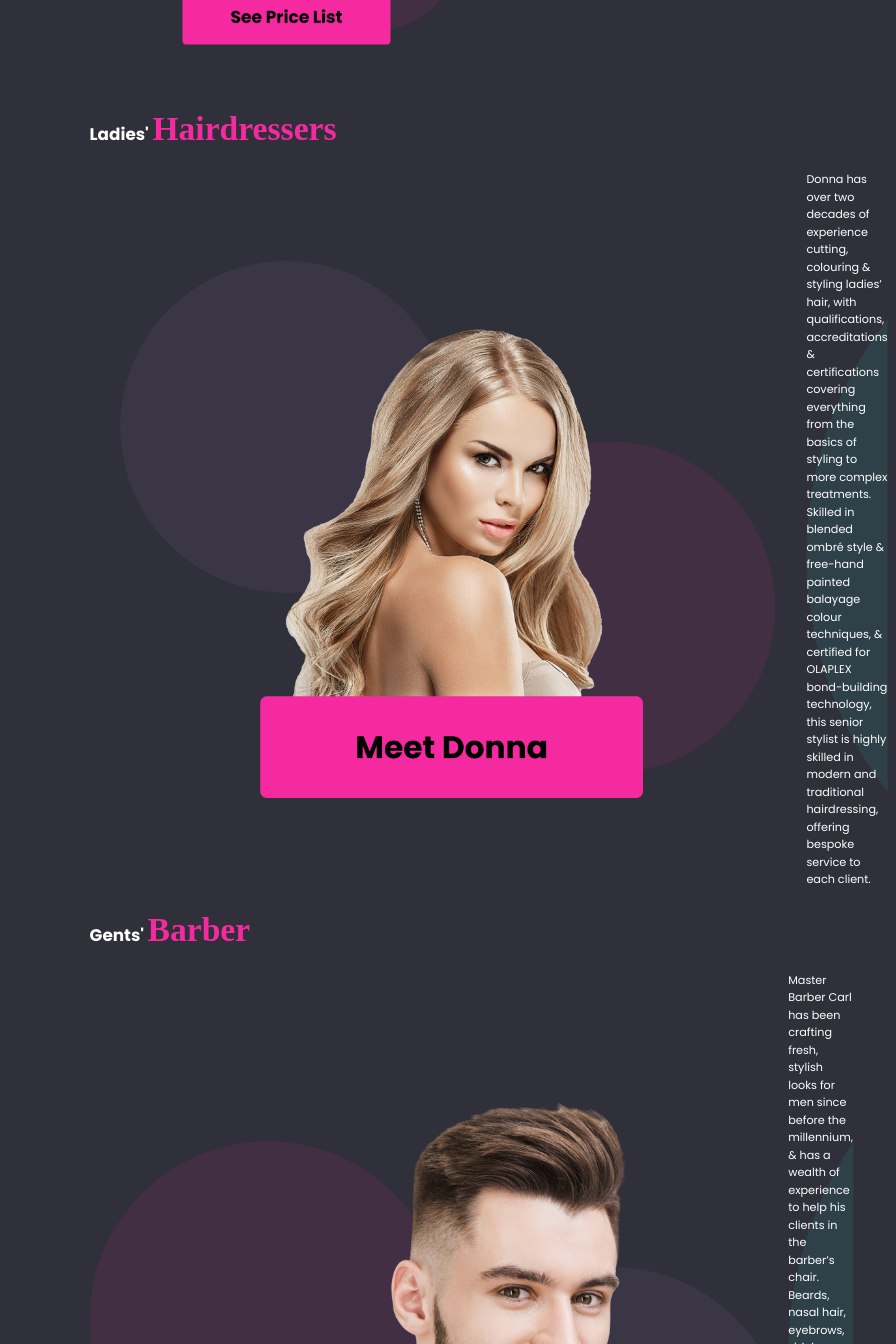
Repository: Troy-Bolt/verustroy-
Page: index.html
The author's editor kept a copy of each file at every save. The page is drawn from the files as they stood at one save, then again after the next save.
The browser window is 1280 px wide. The pictures show the part of the page from y = 1208 to 3128 px (the page is 11072 px tall before and 10579 px after), at 70% of full size.
Backgrounds fixed to the window are drawn as part of the page. Some web fonts or font styles are not loaded; a fallback is used.

Above is the page before, as saved 2022-04-27 09:06:39.

### index.html
<!DOCTYPE html>
<html lang="en">

<head>
    <meta charset="UTF-8">
    <meta http-equiv="X-UA-Compatible" content="IE=edge">
    <meta name="viewport" content="width=device-width, initial-scale=1.0">
    <title>Verus Amor</title>
    <link rel="stylesheet" href="/CSS/style.css">
    <script defer src="navbar.js"></script>
    <link href="https://fonts.googleapis.com/icon?family=Material+Icons" rel="stylesheet">
</head>

<body>
    <header>
        <h1 class="logo"><a class="current" href="/index.html" class="homepage-link">Verus Amor Barbers & Salon</a></h1>
        <input type="checkbox" name="" id="nav-toggle" class="nav-toggle">
        <nav>
            <ul class="size">
                <li><a href="/treatments.html">Treatments & Prices</a></li>
                <li><a href="/team.html">Team & Salon</a></li>
                <li><a href="/contact.html">Contact Us</a></li>
            </ul>
        </nav>
        <label for="nav-toggle" class="nav-toggle-label">
            <span></span>
        </label>
    </header>
    <div class="container">
        <h1 id="top-space">More than just <span>Hair</span></h1>

        <div class="row">

           <a class="colb" href=""><img src="img/AboutUs.png" alt="" class="col"></a>
            <p class="test text col">Verus Amor translates to True Love, something we show everyday in our work. Every
                cut,
                every colour, every shave is done with the utmost love, care and attention to detail. We love what we
                do,
                and nothing makes us happier than seeing our clients walk out of our salon looking their best - proudly
                showing off their new hair style along with a beaming smile. This makes us proud. So if you need a trim
                or
                fancy a new look, come and let us take care of you.</p>
        </div>

        <h1>Ethical <span>Treatments</span></h1>
        <div class="row">

            <a class="colb" href=""> <img src="img/EthTreatments.png" alt=""></a>
            <p class="test text col left-side">We believe in using vegan, sustainable and ethical products that don’t harm
                animals. We
                source from companies that leave less of a footprint on Mother Earth, and check their solutions are
                cruelty-free. You can relax, safe in the knowledge that whatever we’re using to style your hair has been
                checked and comes from an ethical and responsible place. There is enough cruelty in this world, and we
                believe that hairdressers and barbers can do their bit.</p>
        </div>
        <h1>Ladies' <span>Hairdressers</span></h1>
        <div class="row">
            <img src="img/MeetDonna.png" alt="">
            <p class="test text col">
                Donna has over two decades of experience cutting, colouring & styling ladies’ hair, with qualifications,
                accreditations & certifications covering everything from the basics of styling to more complex
                treatments. Skilled in blended ombré style & free-hand painted balayage colour techniques, & certified
                for OLAPLEX bond-building technology, this senior stylist is highly skilled in modern and traditional
                hairdressing, offering bespoke service to each client.
            </p>
        </div>
        <h1>Gents' <span>Barber</span></h1>
        <div class="row">
            <img src="img/MeetCarl.png" alt="">
            <p class="test text col">
                Master Barber Carl has been crafting fresh, stylish looks for men since before the millennium, & has a
                wealth of experience to help his clients in the barber’s chair. Beards, nasal hair, eyebrows, sideburns,
                modern, classic & traditional hairstyles - whatever the hair, he’ll help you make the most of it &
                ensure you leave feeling like a new man. His purpose in life is to make men look & feel great, and there
                isn’t a style or technique he hasn’t mastered.
            </p>
        </div>
        <h1>Booking <span>Appointments</span></h1>
        <div class="row">
            <img src="img/ContactUs.png" alt="">
            <p class="test text col">
                We recommend booking appointments in advance, but we also welcome walk-ins. If you like to have your
                hair done regularly and prefer a certain day of the month then we can make you a regular appointment. If
                you don’t mind sitting in our waiting area while we take care of someone’s hair style, you can enjoy
                watching us do what we do best while sitting in our waiting area, enjoy looking through styling
                magazines or join-in with the conversation.
            </p>
        </div>
        <h1>Special <span>Offers</span></h1>
        <div class="row">
            <img src="img/OurOffers.png" alt="">
            <p class="test text col">
                We hope our service and the quality of our cuts and styling are enough to keep you coming back for more,
                but we also like to reward your loyalty, so we run a generous loyalty scheme. We also recognise that
                senior citizens have earned the right to some friendly pricing, while children generally have smaller
                heads and parents have limited budgets, so we provide special prices for children under 12, plus those
                lucky enough to be enjoying their pension.
            </p>
        </div>
        <h1>Specialist <span>Products</span></h1>
        <div class="row">
            <img src="img/Services&Prices.png" alt="">
            <p class="test text col">
                Experience teaches us that using premium products doesn’t have to cost a fortune, but makes a big
                difference to the quality and the desired outcome, so we source the very best products to help us do our
                job properly, and make you look amazing. We are accredited and trained on some of the world’s most
                exciting brands, including OLAPLEX, PULP RIOT and FUDGE. We use these products on you in the salon &
                barbers, also offering them to clients.
            </p>
        </div>
    </div>
    <div class="container">
        <img src="img/ProductBanner.png" alt="" class="full-width">
        <div class="full-width reviews">
            <div class="tests">
                <h1>Our <span>Reviews</span></h1>
            </div>
        </div>
        <div class="carousel">
            <div class="slider">
                <section class="test-1">Always a friendly, professional experience with good advice and prices</section>
                <section class="test-1">Great cut, priced reasonably and lovely people</section>
                <section class="test-1">my wife used the salon  & is very pleased with results</section>
                <section class="test-1">Very nice couple</section>
            </div>
            <div class="control">
                <span class="arrow left">
                    <i class="material-icons">
                        keyboard_arrow_left
                    </i>
                </span>
                <span class="arrow right">
                    <i class="material-icons">
                        keyboard_arrow_right
                    </i>
                </span>
                <ul>
                    <li class="selected"></li>
                    <li></li>
                    <li></li>
                    <li></li>
                </ul>
            </div>
        </div>
    </div>
    <div class="container">
        <h1>Get <span>Directions</span></h1>
        <div class="row">
            <img src="img/FindUs.png" alt="">
            <p class="test text col">
                Experience teaches us that using premium products doesn’t have to cost a fortune, but makes a big
                difference to the quality and the desired outcome, so we source the very best products to help us do our
                job properly, and make you look amazing. We are accredited and trained on some of the world’s most
                exciting brands, including OLAPLEX, PULP RIOT and FUDGE. We use these products on you in the salon &
                barbers, also offering them to clients.
            </p>
        </div>
    </div>
    <iframe
        src="https://www.google.com/maps/embed?pb=!1m14!1m8!1m3!1d2412.6754060766534!2d0.735687!3d52.792161!3m2!1i1024!2i768!4f13.1!3m3!1m2!1s0x0%3A0xb57b11c6038ff279!2sVerus%20Amor%20Barbers%20%26%20Ladies%20Salon!5e0!3m2!1sen!2suk!4v1649070369054!5m2!1sen!2suk"
        width="100%" height="600" style="border:0;" allowfullscreen="" loading="lazy"
        referrerpolicy="no-referrer-when-downgrade"></iframe>


    </div>

    <div class="footer">
    <div class="row">
        <div class="grid">
            <h1 class="grid-main">.</h1>
        </div>
        <div class="gridA">

            <span class="foot">Twitter</span>
            <span class="foot">Facebook</span>

        </div>


   </div>


<div class="row">
    <div class="gridS"></div>
    <div class="gridB">
        <p>01328 633037</p>
        <p>Verus Amor Barbers & Ladies Salon</p>
        <p>The Kiptons, Blenheim Square, West Raynham, NR21 7PA</p>
    </div>
</div>
</body>
<script src="carousel.js"></script>

</html>

### CSS/style.css
@import url('https://fonts.googleapis.com/css2?family=Poppins:ital,wght@0,100;0,200;0,300;0,400;0,500;0,600;0,700;0,800;0,900;1,100;1,200;1,300;1,400;1,500;1,600;1,700;1,800;1,900&family=WindSong:wght@400;500&display=swap');


*, *::before, *::after {
    box-sizing: border-box;
}

/* html,body {
    width: 100%;
    height: 100%;
    padding: 0;
    overflow-x: hidden;
} */

body {
    margin: 0;
    background-color: #2F303A;
    color: #fff;
    font-family: Poppins;
}

#top-space {
    margin-top: 2.6em;
}

.container {
    width: 80%;
    max-width: 1400px;
    margin: 0 auto;
}

h1 {
    font-size: 1.5rem;
}

span {
    color: #F62AA0;
    font-size: 3rem;
}

.test {

    background-image: url('/img/HomePageTextBubble.png');

}


img {
    max-width: 100%;
    width: 50%;
    object-fit:scale-down;
}


.text {
    align-self: center;
}

@media (min-width: 800px) {
    .row {
        display: flex;
        justify-content: space-between;
    }
}

@media (max-width: 800px) {
    img {
        width: 100%;
    }
}

.row img{
    flex:70%;
    width: 100%;
}

.row p {
  flex:90%
}
span {
    font-family: 'WindSong', cursive;
}

.full-width {
    width: 100%;
}

.footer {
    /* background-image: url('/img/Footer.png'); */
    width: 100%;
    background-size: contain;
    background-repeat: no-repeat ;
    /* padding-top: 2.5em; */
    /* padding: 2.5em; */
}

@import url('https://fonts.googleapis.com/icon?family=Material+Icons');

.carousel {
    height: 600px;
    overflow: hidden;
    position: relative;
    border-radius: 5px;
    box-shadow: 0 0 4px rgba(0, 0, 0, 0.2), 0 4px 10px rgba(0, 0, 0, 0.1);
  }
  .slider {
    display: flex;
    height: 100%;
    width: 400%;
  }
  .slider section {
    flex-basis: 100%;
    justify-content: center;
    align-items: center;
    display: flex;
    font-size: 20px;
  }
  .left, .right {
    position: absolute;
    top: 50%;
    transform: translateY(-50%);
    cursor: pointer;
  }
  .arrow i {
    font-size: 70px;
    -webkit-user-select: none;
    color: #CDCDCD;
  }
  .left {
    left: 10px;
  }
  .right {
    right: 10px;
  }
  .control ul {
    list-style: none;
    display: flex;
    position: absolute;
    bottom: 0;
    left: 50%;
    margin: 0;
    padding: 0;
    transform: translate(-50%);
  }
  .control ul li {
    width: 10px;
    height: 10px;
    background: #333;
    border: 2px solid #333;
    border-radius: 50px;
    margin: 10px;
    cursor: pointer;

  }
  .control ul li.selected {
    background: transparent;
  }

  .test-1 {
      background-image: url(../img/Choosing-1.png);
      background-repeat: no-repeat;
      background-attachment: fixed;
      background-size: cover;
  }


@media (max-width: 600px) {
    .test-1{
        padding-left:4rem;
        padding-right:2rem;
    }

    .test-2{
        padding-left:4rem;
        padding-right:2rem;
    }
}




.reviews h1 {
    margin: 0;
}


/* nav */

.logo {
    font-size: 1.5rem;
    }

    header {
        background: #202027;
        text-align: center;
        position: fixed;
        z-index: 999;
        width: 100%;
        top: 0;
    }

    .nav-toggle {
        display: none;
    }

    .nav-toggle-label {
        position: absolute;
        top: 0;
        left: 0;
        margin-left: 1em;
        height: 100%;
        display: flex;
        align-items: center;
    }

    .nav-toggle-label span,
    .nav-toggle-label span::before,
    .nav-toggle-label span::after {
        display: block;
        background: #fff;
        height: 2px;
        width: 0.4em;
        border-radius: 2px;
        position: relative;
    }

    .nav-toggle-label span::before,
    .nav-toggle-label span::after {
        content: '';
        position: absolute;
    }

    .nav-toggle-label span::before {
        bottom: 7px;
    }
    .nav-toggle-label span::after {
        top: 7px;
    }

    nav {
        position: absolute;
        text-align: left;
        top: 100%;
        left: 0;
        background: #202027;
        width: 100%;
        transform: scale(1, 0);
        transform-origin: top;
        transition: transform 400ms ease-in-out;
    }

    nav ul {
        margin: 0;
        padding: 0;
        list-style: none;
    }

    nav li {
        margin-bottom: 1em;
        margin-left: 1em;
    }

    nav a {
        color: white;
        text-decoration: none;
        font-size: 1rem;
        opacity: 0;
        transition: opacity 150ms ease-in-out;
    }

    nav a:hover {
    color: gold;
    }

    .current {
        color: #fff;
    }

    li a:is(:link,:active).active {
        background-color: #443144;
        padding: 1.5rem;
        color: #443144;
    }
    a:is(:link,:active).active {
        color: gold;
    }

    nav:visited{
        text-decoration: none;
    }

    .nav-toggle:checked ~ nav{
    transform: scale(1, 1);
    }

    .nav-toggle:checked ~ nav a {
        opacity: 1;
        transition: opacity 250ms ease-in-out 250ms;
    }

    @media screen and (min-width: 1000px) {
        .nav-toggle-label {
            display: none;
        }
        header {
            display: grid;
            grid-template-columns: 1fr auto minmax(600px, 3fr) 1fr;
        }
        .logo {
            grid-column: 2 / 3;
        }
        nav {
            all: unset;
            grid-column: 3 / 4;
            display: flex;
            justify-content: flex-end;
            align-items: center;
        }
        nav a {
            opacity: 1;
            position: relative;
        }
        nav a::before {
            content: ' ';
            display: block;
            height: 5px;
            background: #DFAF1F;
            position: absolute;
            top: -.75em;
            left: 0;
            right: 0;
            transform: scale(0, 1);
            transition: transform ease-in-out 250ms;
        }
        nav a:hover::before {
            transform: scale(1, 1);
        }
        nav ul {
            display: flex;
            justify-content: flex-end;
        }
        nav li {
            margin-left: 3em;
            margin-bottom: 0;
        }
    }

    @media (min-width: 1900px) {
    .logo {
        font-size: 3rem;
    }
    nav a {
        font-size: 1.5rem;
    }
}

    /* @media (min-width: 0px) {
        p { font-size: 1rem; }
        h4 { font-size: 1.5rem; }
        h3 { font-size: 2rem; }
        h2 {font-size: 2.5rem}
        h1 {font-size: 3rem}
        span { font-size: 5rem}
      }

      @media (min-width: 400px) {
        p { font-size: calc(1rem + 1vw); }
        h4 { font-size: calc(1.5rem + 1vw);}
        h3 { font-size: calc(2rem + 1vw);}
        h2 { font-size: calc(2.5rem + 1vw);}
        h1 { font-size: calc(3rem + 1vw);}
        span { font-size: calc(5rem + 1vw);}
      }

      @media (min-width: 1001px){
        p { font-size: 1.75rem; }
        h4 { font-size: 1.75; }
        h3 {font-size: 2.75rem;}
        h2 { font-size: 3.75rem;}
        h1 {font-size: 4.25rem;}
        span {font-size: 6.25rem;}
      } */


      .img-centered {
          width: 100%;
      }

      .space {
          margin-bottom: 4em;
      }

      .pink-text {
          font-size:6rem;
      }

      .footer-layout {
          display: grid;
          grid-auto-rows: repeat(3, 1fr);

      }

      .footer{
        background-image: url('/img/Footer.png');
        width: 100%;
        background-size: cover;
      }

   @media(max-width:400px){
       .footer{
        background-image: url('/img/Footer.png');
        width: 100%;
        background-size: contain;
       }
   }

      .foot{
          padding-left: 1.5rem;
          font-family: "poppins";
          color: white;
            font-size: 1.5rem;





      }


   .grid-main{
       font-size:2.5rem;
      padding-left: 4.5rem;
      margin-top: 6rem;




   }
   @media (max-width: 750px){
         .grid-main{
              font-size:1.5rem;
         }

   }

   /* .grid{
       width: 70%;
         float:left;

   }

   .gridA{
       width: 30%;
         float:left;

   } */

  .gridA{

  }


            @media screen and (min-width: 1000px) {
.gridA{
    width: 25%;
    float:left;
    /* padding-top: 2.5rem; */


}
          }



          .gridB{

        }


                  @media screen and (min-width: 1000px) {
      .gridB{
          width: 50%;
          float:left;
          padding-top: 2.5rem;
          text-align: right;
          padding-right: 6.5rem;


      }
                }

### navbar.js
const activePage = window.location.pathname;
// console.log(activePage);

const navLinks = document.querySelectorAll('nav a').
forEach(link => {
    console.log(link.href);
    if(link.href.includes(`${activePage}`)){

        link.classList.add('active');
    }
})

### carousel.js
const left = document.querySelector('.left');
const right = document.querySelector('.right');

const slider = document.querySelector('.slider');

const indicatorParent = document.querySelector('.control ul');
const indicators = document.querySelectorAll('.control li');
index = 0;

indicators.forEach((indicator, i) => {
  indicator.addEventListener('click', () => {
    document.querySelector('.control .selected').classList.remove('selected');
    indicator.classList.add('selected');
    slider.style.transform = 'translateX(' + (i) * -25 + '%)';
    index = i;

  });
});

left.addEventListener('click', function() {
  index = (index > 0) ? index -1 : 0;
  document.querySelector('.control .selected').classList.remove('selected');
  indicatorParent.children[index].classList.add('selected');
  slider.style.transform = 'translateX(' + (index) * -25 + '%)';
});

right.addEventListener('click', function() {
  index = (index < 4 - 1) ? index+1 : 3;
  document.querySelector('.control .selected').classList.remove('selected');
  indicatorParent.children[index].classList.add('selected');
  slider.style.transform = 'translateX(' + (index) * -25 + '%)';
});

After the next save:
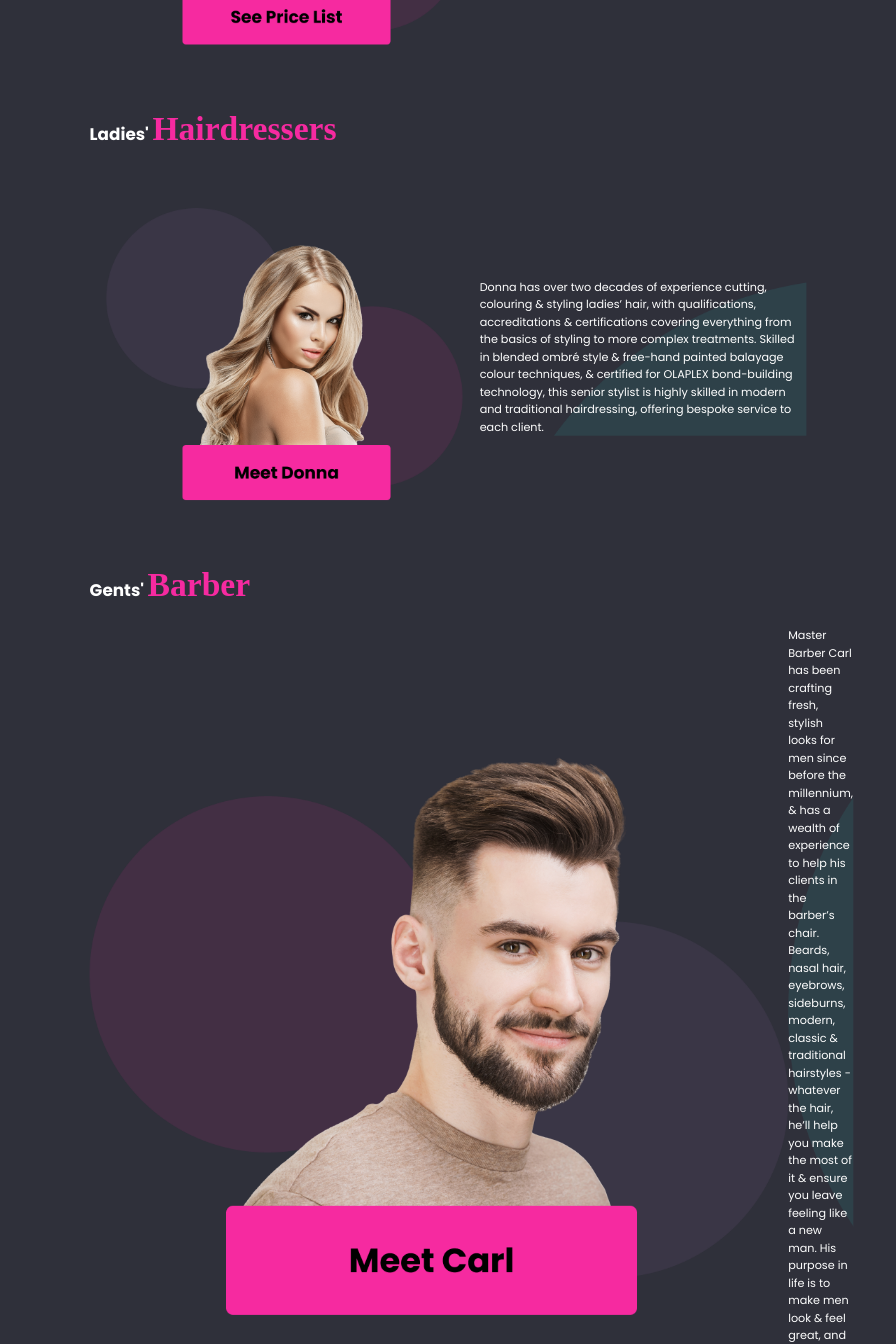
Saved 31 s later.
--- a/index.html
+++ b/index.html
@@ -55,7 +55,8 @@
         </div>
         <h1>Ladies' <span>Hairdressers</span></h1>
         <div class="row">
-            <img src="img/MeetDonna.png" alt="">
+
+            <a class="colb" href="">  <img src="img/MeetDonna.png" alt=""></a>
             <p class="test text col">
                 Donna has over two decades of experience cutting, colouring & styling ladies’ hair, with qualifications,
                 accreditations & certifications covering everything from the basics of styling to more complex
